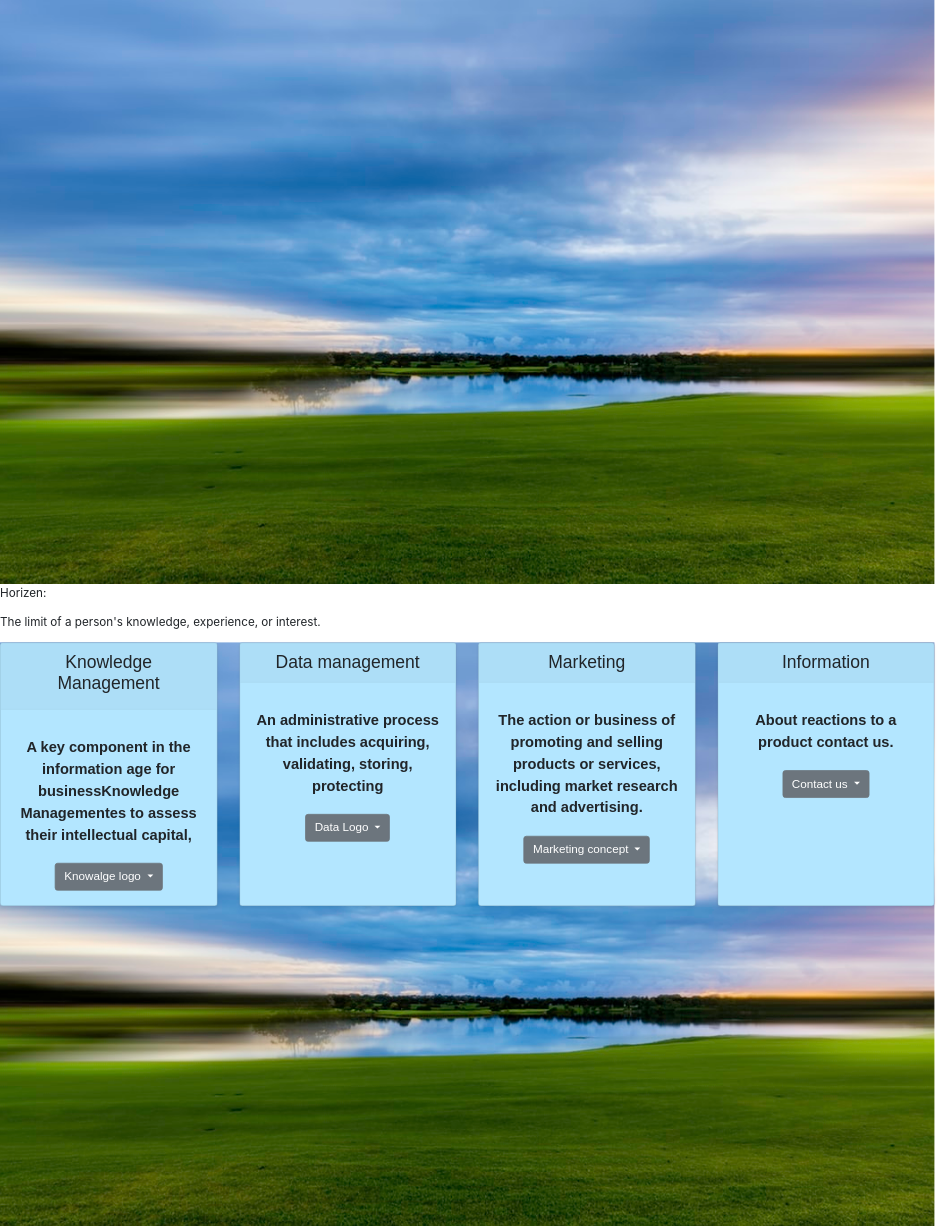
Repository: Code-Institute-Submissions/vahega-my-first-project
Page: index.html
The author's editor kept a record of every edit. The page is drawn from the files as they stood at one moment, then again after the next edit.
The browser window is 1280 px wide. The page is 1295 px wide, so the pictures cover 1295 px, including what lies to the right of the window. The pictures show the whole page, at 73% of full size.
Backgrounds fixed to the window are drawn as part of the page. Some web fonts or font styles are not loaded; a fallback is used.

Above is the page before.

### index.html
<!DOCTYPE html>
<!doctype html>
<html lang="en">
  <head>



    <meta charset="utf-8">
    <meta name="viewport" content="width=device-width, initial-scale=1, shrink-to-fit=no">
    <link rel="stylesheet" href="https://stackpath.bootstrapcdn.com/bootstrap/4.3.1/css/bootstrap.min.css" integrity="sha384-ggOyR0iXCbMQv3Xipma34MD+dH/1fQ784/j6cY/iJTQUOhcWr7x9JvoRxT2MZw1T" crossorigin="anonymous">
    <script src="https://code.jquery.com/jquery-3.3.1.slim.min.js" integrity="sha384-q8i/X+965DzO0rT7abK41JStQIAqVgRVzpbzo5smXKp4YfRvH+8abtTE1Pi6jizo" crossorigin="anonymous"></script>
    <script src="https://cdnjs.cloudflare.com/ajax/libs/popper.js/1.14.7/umd/popper.min.js" integrity="sha384-UO2eT0CpHqdSJQ6hJty5KVphtPhzWj9WO1clHTMGa3JDZwrnQq4sF86dIHNDz0W1" crossorigin="anonymous"></script>
    <script src="https://stackpath.bootstrapcdn.com/bootstrap/4.3.1/js/bootstrap.min.js" integrity="sha384-JjSmVgyd0p3pXB1rRibZUAYoIIy6OrQ6VrjIEaFf/nJGzIxFDsf4x0xIM+B07jRM" crossorigin="anonymous"></script>
  <link rel="stylesheet" href="https://stackpath.bootstrapcdn.com/bootstrap/4.3.1/css/bootstrap.min.css" integrity="sha384-ggOyR0iXCbMQv3Xipma34MD+dH/1fQ784/j6cY/iJTQUOhcWr7x9JvoRxT2MZw1T" crossorigin="anonymous"><script src="https://stackpath.bootstrapcdn.com/bootstrap/4.3.1/js/bootstrap.min.js" integrity="sha384-JjSmVgyd0p3pXB1rRibZUAYoIIy6OrQ6VrjIEaFf/nJGzIxFDsf4x0xIM+B07jRM" crossorigin="anonymous"></script>
  <link rel="stylesheet" href="assets/css/style.css" type="text/css" />
<style>
.parallax {
  background-image: url("assets/images/hol.jpg");
min-height: 800px;

  background-attachment: fixed;
  background-position: center;
  background-repeat: no-repeat;
  background-size: cover;
}
</style>
</head>
<body>
 <header>
<div class="parallax"></div>

<div class="bg-text" >
  <p>Horizen:</p>
 <p>The limit of a person's knowledge, experience, or interest.</p>
  </div>
</header>
 <body>
     <div class="parallax">
  <div class="card-deck mb-3 text-center">
    <div class="card mb-4 shadow-sm">
        <div class="card-header">
        <h4>Knowledge Management</h4>

      </div>
      <div class="card-body">
        <ul class="list-unstyled mt-3 mb-4">
          <li> A key component in the information age for businessKnowledge Managementes to assess their intellectual capital,
</li>
              </ul>
    <div class="dropdown">
  <button class="btn btn-secondary dropdown-toggle" type="button" id="dropdownMenuButton" data-toggle="dropdown" aria-haspopup="true" aria-expanded="false">
    Knowalge logo
  </button>
  <div class="dropdown-menu" aria-labelledby="dropdownMenuButton">
    <a class="dropdown-item" href="#">Identification of needs</a>
    <a class="dropdown-item" href="#">Identification of knowledge resourcesn</a>
    <a class="dropdown-item" href="#">Acquisition, creation, or elimination of knowledge related resources/processes/environments
</a>
 <a class="dropdown-item" href="#">Retrieval, application and sharing of knowledge
</a>
  <a class="dropdown-item" href="#">IdStorage of knowledgeds</a>
  </div>
</div>
      </div>
    </div>
    <div class="card mb-4 shadow-sm">
      <div class="card-header">
        <h4 class="my-0 font-weight-normal">Data management</h4>
      </div>
      <div class="card-body">

        <ul class="list-unstyled mt-3 mb-4">
          <li>An administrative process that includes acquiring, validating, storing, protecting</li>

        </ul>
        <div class="dropdown">
  <button class="btn btn-secondary dropdown-toggle" type="button" id="dropdownMenuButton" data-toggle="dropdown" aria-haspopup="true" aria-expanded="false">
    Data Logo
  </button>
  <div class="dropdown-menu" aria-labelledby="dropdownMenuButton">
    <a class="dropdown-item" href="#">Looking at and Analyzing Data. </a>
    <a class="dropdown-item" href="#">Navigating Database Software</a>
    <a class="dropdown-item" href="#">Data Integrity.</a>
    <a class="dropdown-item" href="#">Managing Accounts and Files.</a>
    <a class="dropdown-item" href="#">Database Design and Planning.</a>
  </div>
</div>
      </div>
    </div>
    <div class="card mb-4 shadow-sm">
      <div class="card-header">
        <h4 class="my-0 font-weight-normal">Marketing</h4>
      </div>
      <div class="card-body">

        <ul class="list-unstyled mt-3 mb-4">
          <li>The action or business of promoting and selling products or services, including market research and advertising.</li>

        </ul>
        <div class="dropdown">
  <buropdown buttontton class="btn btn-secondary dropdown-toggle" type="button" id="dropdownMenuButton" data-toggle="dropdown" aria-haspopup="true" aria-expanded="false">
    Marketing concept
  </button>
  <div class="dropdown-menu" aria-labelledby="dropdownMenuButton">
    <a class="dropdown-item" href="#">The Production Concept</a>
    <a class="dropdown-item" href="#">The Selling Concept</a>
    <a class="dropdown-item" href="#">The Marketing Concept</a>
  </div>
</div>
</div>
    </div>

     <div class="card mb-4 shadow-sm">
      <div class="card-header">
        <h4 class="my-0 font-weight-normal">Information</h4>
      </div>
      <div class="card-body">

        <ul class="list-unstyled mt-3 mb-4">
          <li>About reactions to a product contact us.</li>

        </ul>
        <div class="dropdown">
  <button class="btn btn-secondary dropdown-toggle" type="button" id="dropdownMenuButton" data-toggle="dropdown" aria-haspopup="true" aria-expanded="false">
  Contact us
  </button>
  <div class="dropdown-menu" aria-labelledby="dropdownMenuButton">
    <a class="dropdown-item" href="#">Action</a>
    <a class="dropdown-item" href="#">Another action</a>
    <a class="dropdown-item" href="#">Something else here</a>
  </div>
</div>
      </div>
    </div>
  </div>


</div>
 </body>
<footer>



</footer>


</html>

### assets/css/style.css
@import url('https://fonts.googleapis.com/css?family=Bilbo+Swash+Caps&display=swap');
@import url('https://fonts.googleapis.com/css?family=Gayathri&display=swap');
.parallax {
  background-image:url("assets/images/hol.jpg") ;
background-attachment:fixed;
background-position:center;
background-size: cover;
 }
 .row{
     margin-left: 0px;
     margin-right: 0px;
 }

.card{ font-family: 'Gayathri', sans-serif;
 background-color: #b3e6ff;
 margin-bottom:0px;
 font-weight: bold;
  font-size: 20px;
  }
h6{font-size: 18px;
    font-weight:bold;
}
.collapse{font-size: 22px;}
.container{
padding: 0px;
 font-family: 'Gayathri', sans-serif;
 color:white;
 margin-bottom: 200px;
}
.container-fluid{margin-top:200px;
}
.text {
 font-family: 'Bilbo Swash Caps', cursive;
 text-shadow: 3px 3px rgb(180, 180, 180);
 color: black;
 position: relative;
  font-weight: bold;
  font-size: 40px;
margin-top: 10%;
 text-align: center;

}
.hubtext{
text-shadow: 2px 2px rgb(0,0, 0);
color:wheat;
font-weight: bold;
font-size: 20px;
}
#map{
    padding: 0px;
     border-style: solid;
     border-width: 5px;
      border-color: white;
   height: 400px;
        width: 350px;
        background-attachment:fixed;
background-position:center;
background-size: cover;

}
* {box-sizing: border-box}

img {vertical-align: middle;}
.slideshow-container {
  background-size: cover;
  max-width: 800px;
  position: relative;
  margin-left:10px;
  margin-right: 10px;
}
.prev, .next {
  cursor: pointer;
  position: absolute;
  top: 50%;
  width: auto;
  padding: 16px;
  margin-top: -22px;
  color: white;
  font-weight: bold;
  font-size: 18px;
  transition: 0.6s ease;
  border-radius: 0 3px 3px 0;
  user-select: none;
}
.next {
  right: 0;
  border-radius: 3px 0 0 3px;
}
.prev:hover, .next:hover {
  background-color: rgba(0,0,0,0.8);
}

.numbertext {
  color: #f2f2f2;
  font-size: 12px;
  padding: 8px 12px;
  position: absolute;
  top: 0;
}
.dot {
  cursor: pointer;
  height: 15px;
  width: 15px;
  margin: 0 2px;
  background-color: #bbb;
  border-radius: 50%;
  display: inline-block;
  transition: background-color 2s ease;
}
.active, .dot:hover {
  background-color: #717171;
}

@media only screen and (max-width: 300px) {
  .prev, .next,.text {font-size: 11px}
}

After the next edit:
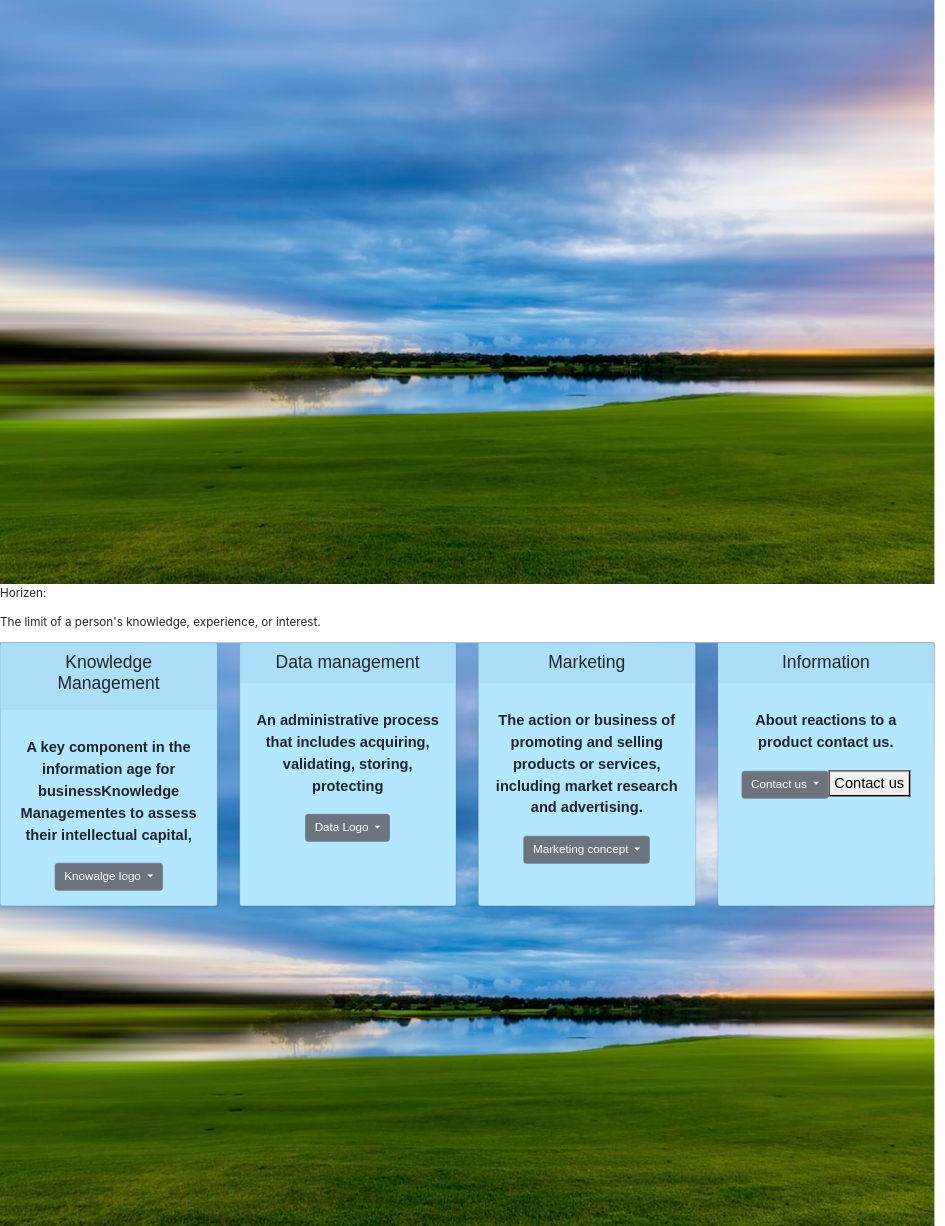
The edit:
--- a/index.html
+++ b/index.html
@@ -123,13 +123,9 @@
         <div class="dropdown">
   <button class="btn btn-secondary dropdown-toggle" type="button" id="dropdownMenuButton" data-toggle="dropdown" aria-haspopup="true" aria-expanded="false">
   Contact us
-  </button>
-  <div class="dropdown-menu" aria-labelledby="dropdownMenuButton">
-    <a class="dropdown-item" href="#">Action</a>
-    <a class="dropdown-item" href="#">Another action</a>
-    <a class="dropdown-item" href="#">Something else here</a>
+
+  <button onclick="window.location.href = 'assets/contact/con';">Contact us</button>
   </div>
-</div>
       </div>
     </div>
   </div>
